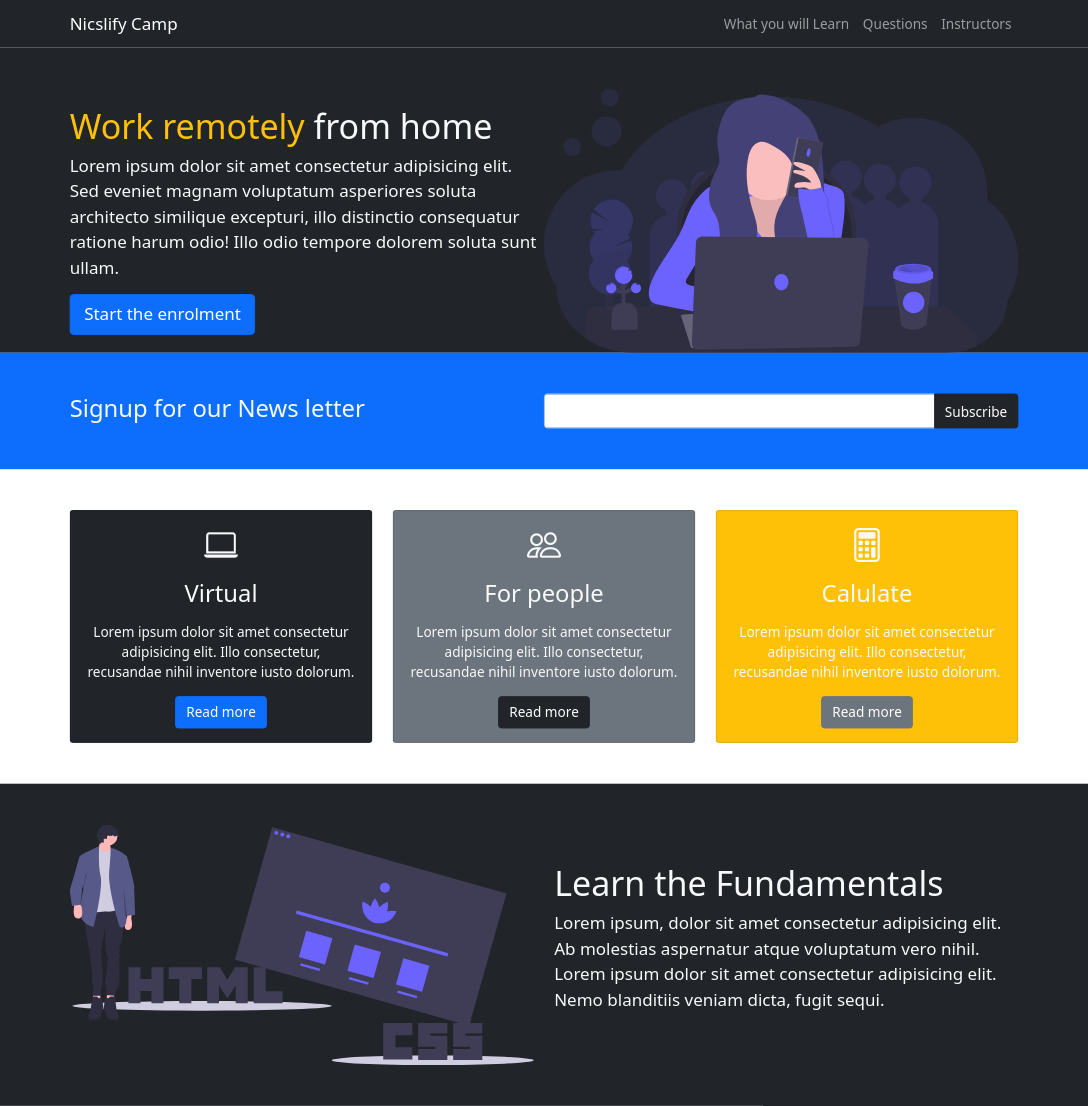
Repository: Eugene44-hub/enrollment-site
Page: index.html
The author's editor kept a copy of each file at every save. The page is drawn from the files as they stood at one save, then again after the next save.
The browser window is 1280 px wide. The pictures show the whole page, at 85% of full size.
Some web libraries are served in a nearby version.

Above is the page before, as saved 2021-10-20 11:01:43.

### index.html
<!DOCTYPE html>
<html lang="en">

<head>
    <meta charset="UTF-8">
    <meta http-equiv="X-UA-Compatible" content="IE=edge">
    <meta name="viewport" content="width=device-width, initial-scale=1.0">
    <!-- CSS only -->
    <link href="https://cdn.jsdelivr.net/npm/bootstrap@5.1.3/dist/css/bootstrap.min.css" rel="stylesheet" integrity="sha384-1BmE4kWBq78iYhFldvKuhfTAU6auU8tT94WrHftjDbrCEXSU1oBoqyl2QvZ6jIW3" crossorigin="anonymous">
    <link rel="stylesheet" href="https://cdn.jsdelivr.net/npm/bootstrap-icons@1.6.1/font/bootstrap-icons.css">
    <link rel="stylesheet" href="style.css">
    <title>Bootstrap webpage</title>
</head>

<body>
    <!-- nav bar starts -->
    <nav class="navbar navbar-expand-md bg-dark navbar-dark">
        <div class="container">
            <a href="" class="navbar-brand">Nicslify Camp</a>

            <button class="navbar-toggler" type="button" data-bs-toggle='collapse' data-bs-target="#navmenu">
              <span class="navbar-toggler-icon"></span>
            </button>

            <div class="collapse navbar-collapse" id="navmenu">
                <ul class="navbar-nav ms-auto text-center text-sm-start">
                    <li class="nav-item">
                        <a href="#" class="nav-link">What you will Learn</a>
                    </li>
                    <li class="nav-item">
                        <a href="#" class="nav-link">Questions</a>
                    </li>
                    <li class="nav-item">
                        <a href="#" class="nav-link">Instructors</a>
                    </li>
                </ul>
            </div>
        </div>
    </nav>
    <!-- nav bar ends -->


    <!-- showCase starts -->
    <section class="bg-dark text-light text-center text-sm-start p-lg-0 pt-5 pb-5">
        <div class="container">
            <div class="d-md-flex pt-5 align-items-center">
                <div class="">
                    <div class="h1 "><span class="text-warning">Work remotely</span> from home</div>
                    <p class="lead">Lorem ipsum dolor sit amet consectetur adipisicing elit. Sed eveniet magnam voluptatum asperiores soluta architecto similique excepturi, illo distinctio consequatur ratione harum odio! Illo odio tempore dolorem soluta sunt ullam.</p>
                    <button class="btn btn-primary btn-lg ">Start the enrolment</button>
                </div>
                <img src="undraw_working_remotely_jh40.svg" class="img-fluid w-50 d-none d-md-block" alt="">
            </div>
        </div>
    </section>
    <!-- showCase ends -->

    <!-- signup starts -->
    <section class="bg-primary text-light p-5">
        <div class="container">
            <div class="d-md-flex justify-content-between">
                <p class="h3">Signup for our News letter</p>
                <div class="input-group" id="input-field">
                    <input type="text" class="form-control">
                    <button type="button" class="btn btn-dark">Subscribe</button>
                </div>
            </div>
        </div>
    </section>
    <!-- signup ends -->

    <!-- boxes starts -->
    <section class="my-5">
        <div class="container">
            <div class="row g-4">
                <div class="col-md">
                    <div class="card bg-dark text-center text-light ">
                        <div class="card-body">
                            <div class="h1 mb-3"><i class="bi bi-laptop"></i></div>
                            <div class="card-title h3 mb-3">Virtual</div>
                            <div class="card-text">
                                Lorem ipsum dolor sit amet consectetur adipisicing elit. Illo consectetur, recusandae nihil inventore iusto dolorum.
                            </div>
                            <a href="" class="btn btn-primary mt-3">Read more</a>
                        </div>
                    </div>


                </div>
                <div class="col-md">
                    <div class="card bg-secondary text-center text-light ">
                        <div class="card-body">
                            <div class="h1 mb-3"><i class="bi bi-people"></i></div>
                            <div class="card-title h3 mb-3">For people</div>
                            <div class="card-text">
                                Lorem ipsum dolor sit amet consectetur adipisicing elit. Illo consectetur, recusandae nihil inventore iusto dolorum.
                            </div>
                            <a href="" class="btn btn-dark mt-3">Read more</a>
                        </div>
                    </div>
                </div>
                <div class="col-md">
                    <div class="card bg-warning text-center text-light ">
                        <div class="card-body">
                            <div class="h1 mb-3"><i class="bi bi-calculator"></i></div>
                            <div class="card-title h3 mb-3">Calulate</div>
                            <div class="card-text">
                                Lorem ipsum dolor sit amet consectetur adipisicing elit. Illo consectetur, recusandae nihil inventore iusto dolorum.
                            </div>
                            <a href="" class="btn btn-secondary mt-3">Read more</a>
                        </div>
                    </div>
                </div>
            </div>
        </div>
    </section>
    <!-- boxes starts -->

    <!-- learn section starts -->
    <section class="bg-dark p-5 text-light ">
        <div class="container">
            <div class="row align-items-center">

                <div class="col-md m-auto">
                    <img src=" frontend.svg " class="img-fluid">
                </div>



                <div class="col-md mt-5 mt-md-0 ">
                    <h1>Learn the Fundamentals</h1>
                    <p class="lead ">
                        Lorem ipsum, dolor sit amet consectetur adipisicing elit. Ab molestias aspernatur atque voluptatum vero nihil. <br> Lorem ipsum dolor sit amet consectetur adipisicing elit. Nemo blanditiis veniam dicta, fugit sequi.
                    </p>

                </div>
            </div>
        </div>
    </section>
    <!-- learn section ends -->
</body>
<!-- JavaScript Bundle with Popper -->
<script src="https://cdn.jsdelivr.net/npm/bootstrap@5.1.3/dist/js/bootstrap.bundle.min.js " integrity="sha384-ka7Sk0Gln4gmtz2MlQnikT1wXgYsOg+OMhuP+IlRH9sENBO0LRn5q+8nbTov4+1p " crossorigin="anonymous "></script>

</html>

### style.css
@media screen and (min-width:768px) {
    #input-field {
        width: 50%;
    }
}

After the next save:
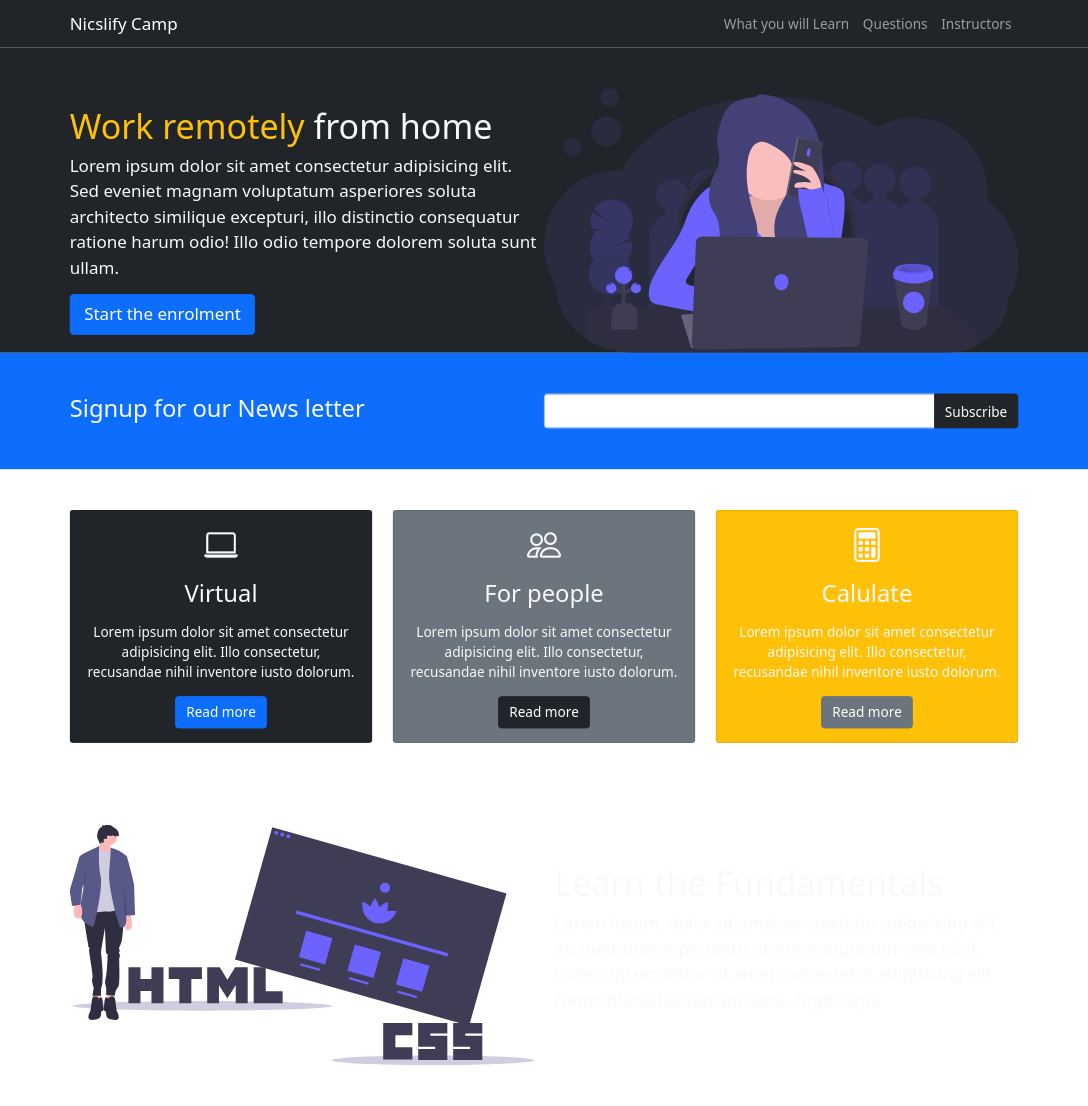
Saved 92 s later.
--- a/index.html
+++ b/index.html
@@ -117,7 +117,7 @@
     <!-- boxes starts -->
 
     <!-- learn section starts -->
-    <section class="bg-dark p-5 text-light ">
+    <section class=" p-5 text-light ">
         <div class="container">
             <div class="row align-items-center">
 
